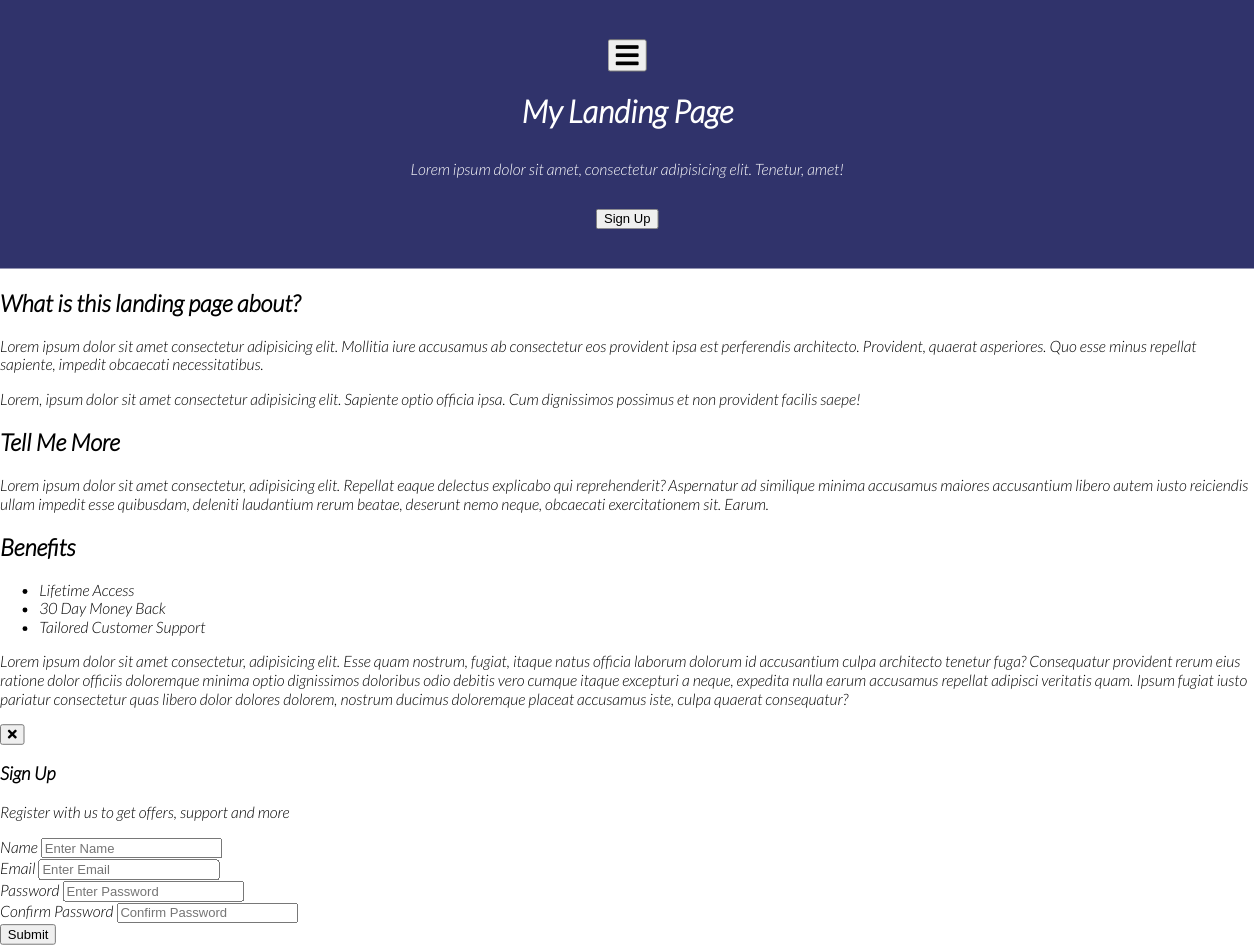
Repository: CAMPSLOPY/MenuSliderWithLandingPage
Page: index.html
An editor plug-in stored every save of this project. The page is shown before and after a run of saves, followed by the edit.
The browser window is 1280 px wide. The pictures show the whole page, at 98% of full size.
Some web libraries are served in a nearby version.

Above is the page before, as saved 2021-01-21 14:25:01.

### index.html
<!DOCTYPE html>
<html lang="en">
  <head>
    <meta charset="UTF-8" />
    <meta name="viewport" content="width=device-width, initial-scale=1.0" />
    <meta http-equiv="X-UA-Compatible" content="ie=edge" />
    <meta name="robots" content="index,follow" />
    <meta
      name="description"
      content="This App shows on menu bar is been controlled with Html,Css and Javascript.."
    />
    <link
      rel="stylesheet"
      href="https://cdnjs.cloudflare.com/ajax/libs/font-awesome/5.11.2/css/all.min.css"
      integrity="sha256-+N4/V/SbAFiW1MPBCXnfnP9QSN3+Keu+NlB+0ev/YKQ="
      crossorigin="anonymous"
    />
    <link rel="stylesheet" href="/styles.css" />
    <link rel="icon" href="" />
    <title>MenuSliderPage</title>
  </head>
  <body>
    <nav>
      <div class="logo">
        <img src="https://randomuser.me/api/portraits/men/76.jpg" alt="user" />
      </div>
      <ul>
        <li><a href="#">Home</a></li>
        <li><a href="#">Portfolio</a></li>
        <li><a href="#">Blog</a></li>
        <li><a href="#">Contact Me</a></li>
      </ul>
    </nav>

    <header>
      <button id="toggle" class="toggle">
        <i class="fa fa-bars fa-2x"></i>
      </button>

      <h1>My Landing Page</h1>

      <p>
        Lorem ipsum dolor sit amet, consectetur adipisicing elit. Tenetur, amet!
      </p>

      <button class="cta-btn" id="open">Sign Up</button>
    </header>

    <div class="container">
      <h2>What is this landing page about?</h2>
      <p>
        Lorem ipsum dolor sit amet consectetur adipisicing elit. Mollitia iure
        accusamus ab consectetur eos provident ipsa est perferendis architecto.
        Provident, quaerat asperiores. Quo esse minus repellat sapiente, impedit
        obcaecati necessitatibus.
      </p>
      <p>
        Lorem, ipsum dolor sit amet consectetur adipisicing elit. Sapiente optio
        officia ipsa. Cum dignissimos possimus et non provident facilis saepe!
      </p>

      <h2>Tell Me More</h2>

      <p>
        Lorem ipsum dolor sit amet consectetur, adipisicing elit. Repellat eaque
        delectus explicabo qui reprehenderit? Aspernatur ad similique minima
        accusamus maiores accusantium libero autem iusto reiciendis ullam
        impedit esse quibusdam, deleniti laudantium rerum beatae, deserunt nemo
        neque, obcaecati exercitationem sit. Earum.
      </p>

      <h2>Benefits</h2>
      <ul>
        <li>Lifetime Access</li>
        <li>30 Day Money Back</li>
        <li>Tailored Customer Support</li>
      </ul>

      <p>
        Lorem ipsum dolor sit amet consectetur, adipisicing elit. Esse quam
        nostrum, fugiat, itaque natus officia laborum dolorum id accusantium
        culpa architecto tenetur fuga? Consequatur provident rerum eius ratione
        dolor officiis doloremque minima optio dignissimos doloribus odio
        debitis vero cumque itaque excepturi a neque, expedita nulla earum
        accusamus repellat adipisci veritatis quam. Ipsum fugiat iusto pariatur
        consectetur quas libero dolor dolores dolorem, nostrum ducimus
        doloremque placeat accusamus iste, culpa quaerat consequatur?
      </p>
    </div>

    <!-- Modal -->
    <div class="modal-container" id="modal">
      <div class="modal">
        <button class="close-btn" id="close">
          <i class="fa fa-times"></i>
        </button>
        <div class="modal-header">
          <h3>Sign Up</h3>
        </div>
        <div class="modal-content">
          <p>Register with us to get offers, support and more</p>
          <form class="modal-form">
            <div>
              <label for="name">Name</label>
              <input
                type="text"
                id="name"
                placeholder="Enter Name"
                class="form-input"
              />
            </div>
            <div>
              <label for="email">Email</label>
              <input
                type="email"
                id="email"
                placeholder="Enter Email"
                class="form-input"
              />
            </div>
            <div>
              <label for="password">Password</label>
              <input
                type="password"
                id="password"
                placeholder="Enter Password"
                class="form-input"
              />
            </div>
            <div>
              <label for="password2">Confirm Password</label>
              <input
                type="password"
                id="password2"
                placeholder="Confirm Password"
                class="form-input"
              />
            </div>
            <input type="submit" value="Submit" class="submit-btn" />
          </form>
        </div>
      </div>
    </div>
    <script src="app.js"></script>
  </body>
</html>

### styles.css
@import url("https://fonts.googleapis.com/css2?family=Lato:ital,wght@1,300&display=swap");

:root {
  --modal-duration: 1s;
  --primary-color: #30336b;
  --secondary-color: #be2edd;
}
* {
  box-sizing: border-box;
}
body {
  font-family: "Lato", sans-serif;
  margin: 0;
}

/* NAVBAR STYLING */
nav {
  width: 200px;
  height: 100vh;
  position: fixed;
  top: 0;
  left: 0;
  background-color: var(--primary-color);
  transform: translateX(-100%);
  border-right: 2px solid rgba(200, 200, 200, 0.1);
  color: #fff;
  z-index: 100;
}

nav .logo {
  text-align: center;
  padding: 30px 0;
  margin: auto;
}

nav img {
  width: 75px;
  height: 75px;
  border-radius: 50%;
}

nav ul {
  list-style-type: none;
  padding: 0;
  margin: 0;
}
nav ul li {
  border-bottom: 2px solid rgba(200, 200, 200, 0.1);
  padding: 20px;
}
nav ul li:first-of-type {
  border-top: 2px solid rgba(200, 200, 200, 0.1);
}
nav ul li a {
  text-decoration: none;
  color: #fff;
}
nav ul li a:hover {
  text-decoration: underline;
}

/* STYLING THE MAIN PAGE */

/* HEADER SECTION */
header {
  color: #fff;
  background-color: var(--primary-color);
  position: relative;
  text-align: center;
  width: 100vw;
  min-height: 20vh;
  padding: 2.5rem 0.9375rem;
}
header p{
    margin: 30px 0;
}
button, input[type='submit']{
    background-color: ;
}

Loaded but not shown: app.js (no copy from this time; the picture is the same without it)

After the next 4 saves:
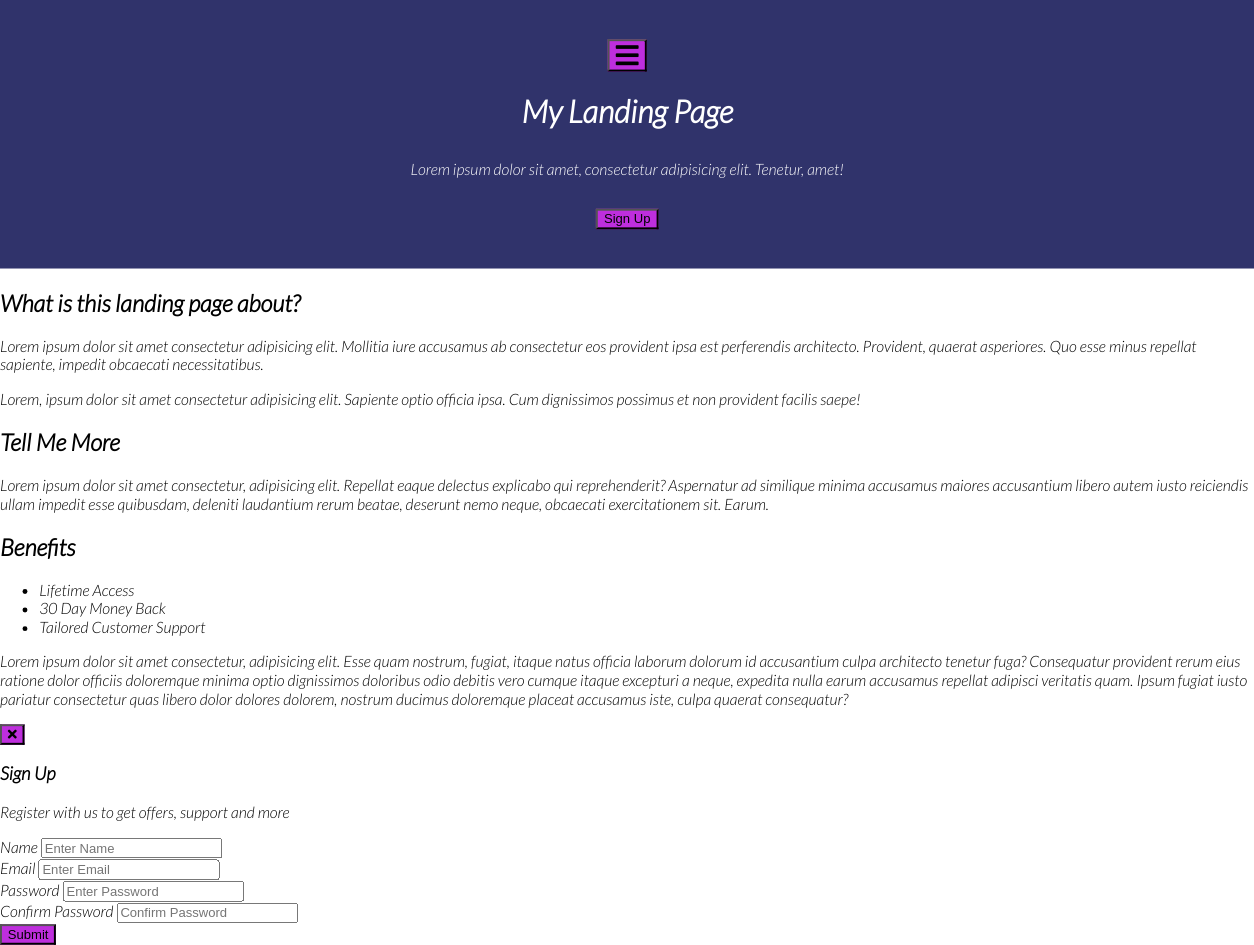
The 4 saves are shown as one change because they came seconds apart.
The last was saved 9 s later.
--- a/styles.css
+++ b/styles.css
@@ -75,5 +75,5 @@ header p{
     margin: 30px 0;
 }
 button, input[type='submit']{
-    background-color: ;
+    background-color: var(--secondary-color);
 }
